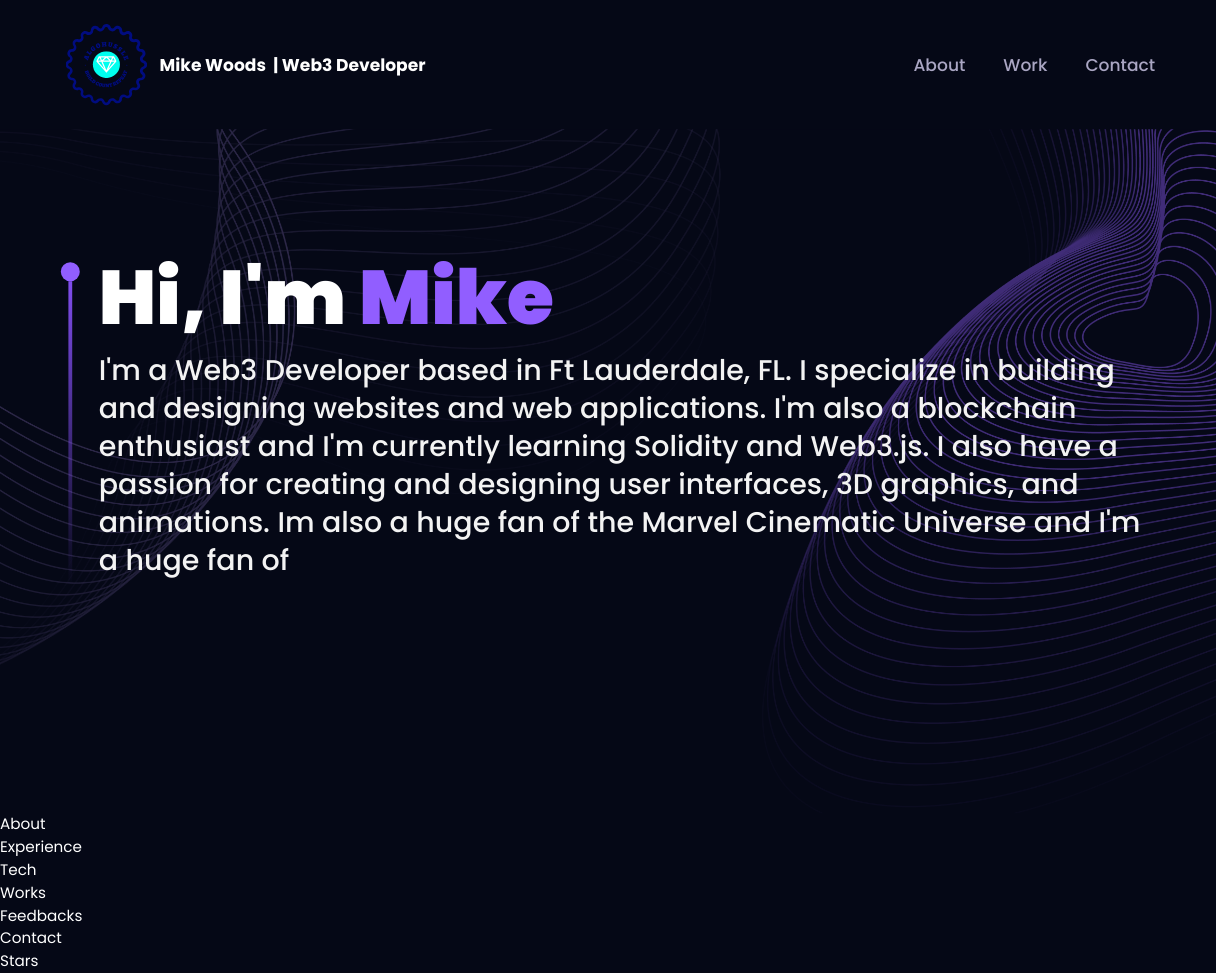
Repository: MikeeBuilds/3D-portfolio
Page: /
These files come from the project's save history. The page is drawn as it stood at one moment and after a run of saves; the edit follows.
The browser window is 1280 px wide. The pictures show the whole page, at 95% of full size.
The project was rebuilt for these pictures with package versions that can differ from the ones it lists, and the page was loaded fresh each time. Also part of the build but not shown: vite.config.js, src/components/canvas/Earth.jsx, src/components/canvas/Ball.jsx, src/components/canvas/Computers.jsx.

Above is the page before, as saved 2023-03-04 15:05:38.

After the next 2 saves:
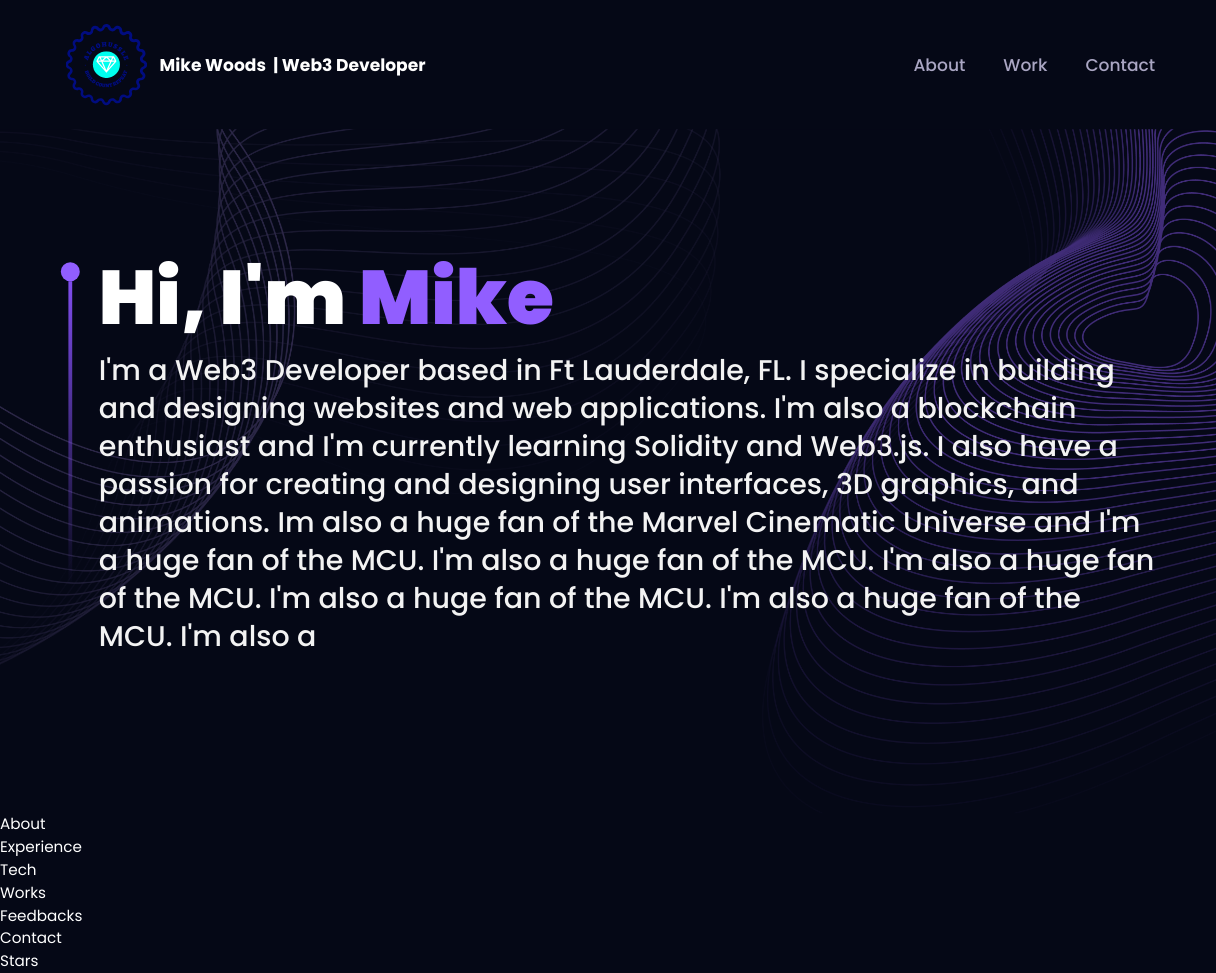
The 2 saves are shown as one change because they came seconds apart.
The last was saved 10 s later.
--- a/src/components/Hero.jsx
+++ b/src/components/Hero.jsx
@@ -22,6 +22,8 @@
                 I'm currently learning Solidity and Web3.js. I also have a passion for
                 creating and designing user interfaces, 3D graphics, and animations.
                 Im also a huge fan of the Marvel Cinematic Universe and I'm a huge fan of
+                the MCU. I'm also a huge fan of the MCU. I'm also a huge fan of the MCU.
+                I'm also a huge fan of the MCU. I'm also a huge fan of the MCU. I'm also a
 
             </p>
           </div>

After the save that followed:
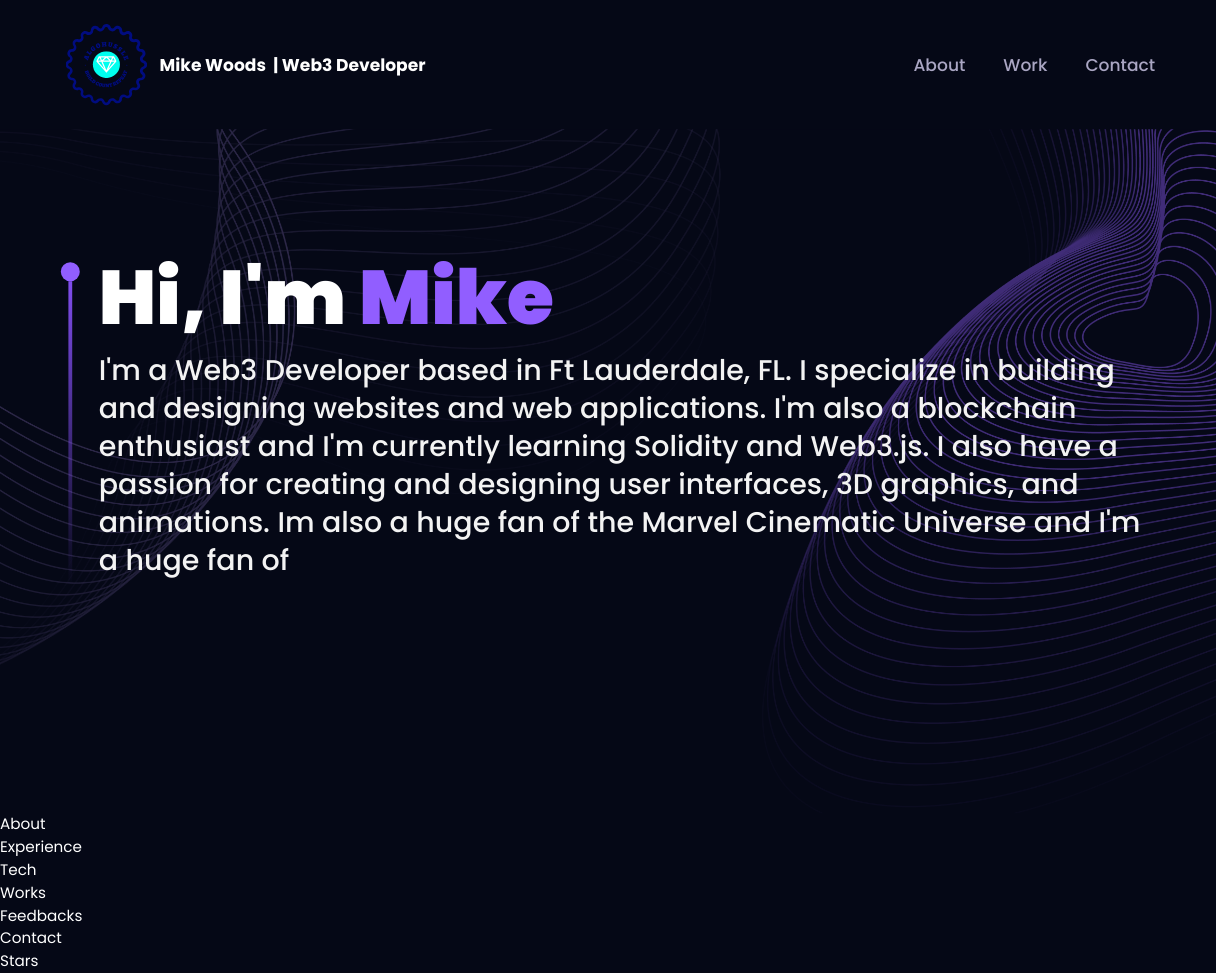
Saved 4 s later.
--- a/src/components/Hero.jsx
+++ b/src/components/Hero.jsx
@@ -22,8 +22,6 @@
                 I'm currently learning Solidity and Web3.js. I also have a passion for
                 creating and designing user interfaces, 3D graphics, and animations.
                 Im also a huge fan of the Marvel Cinematic Universe and I'm a huge fan of
-                the MCU. I'm also a huge fan of the MCU. I'm also a huge fan of the MCU.
-                I'm also a huge fan of the MCU. I'm also a huge fan of the MCU. I'm also a
 
             </p>
           </div>
